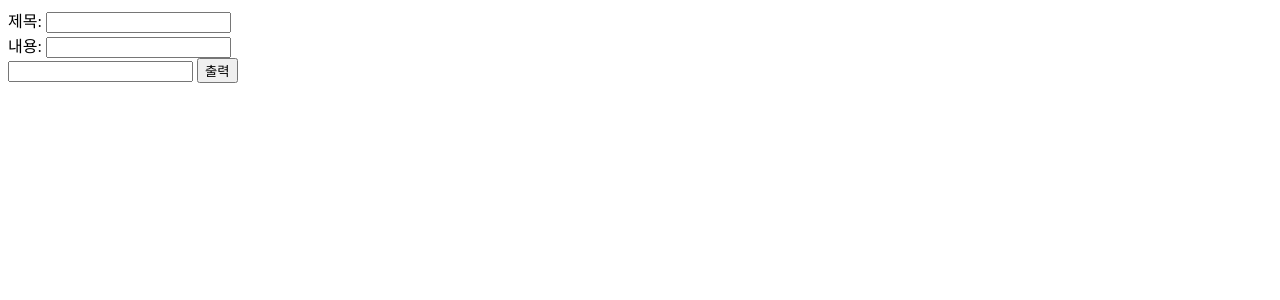
Repository: bluesky3268/Servlet_Jsp
Page: JSPPrj/WebContent/reg.html
An editor plug-in stored every save of this project. The page is shown before and after the next save, followed by the edit.
The browser window is 1280 px wide. The pictures show the whole page.

Above is the page before, as saved 2021-02-17 10:48:22.

After the next save:
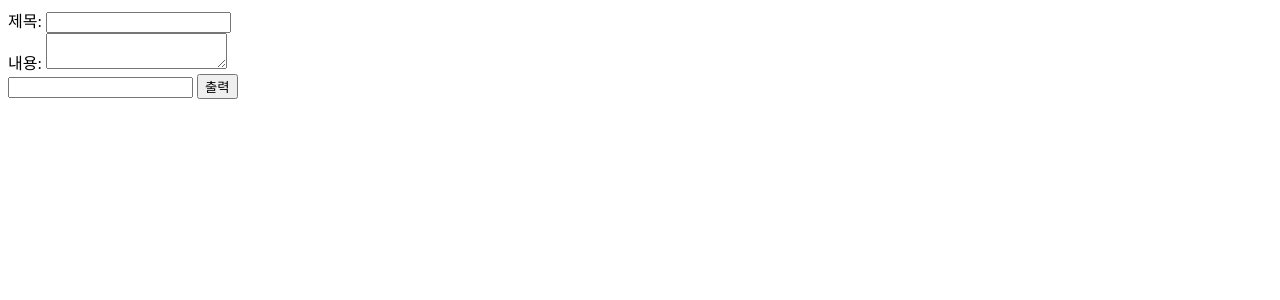
Saved 17 s later.
--- a/JSPPrj/WebContent/reg.html
+++ b/JSPPrj/WebContent/reg.html
@@ -11,7 +11,7 @@
 			<label>제목: </label><input type = "text">
 		</div>
 		<div>
-			<label>내용: </label><input type = "text">
+			<label>내용: </label><textarea></textarea>
 		</div>
 		<div>
 			<input type = "text" name = "cnt" />
